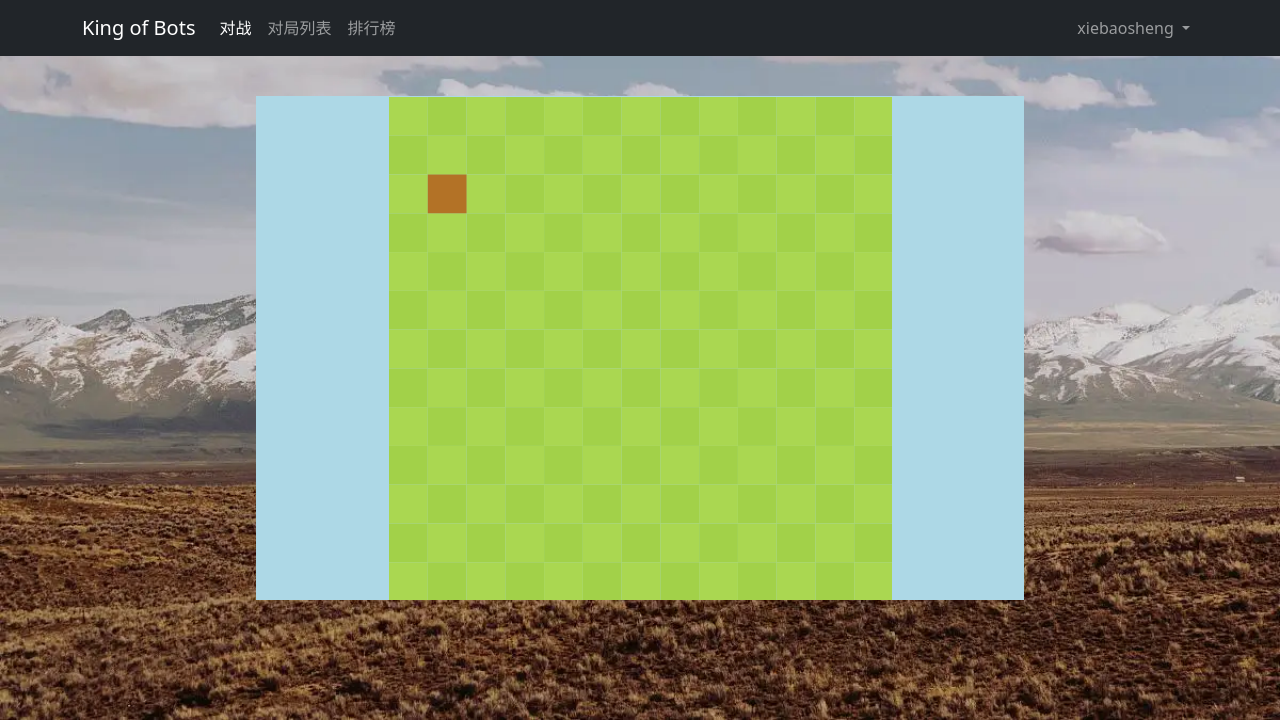
Repository: XieBaosheng/kob
Page: / (app in web/)
An editor plug-in stored every save of this project. The page is shown before and after the next save, followed by the edit.
The browser window is 1280 px wide. The pictures show the whole page.
The project was rebuilt for these pictures with package versions that can differ from the ones it lists, and the page was loaded fresh each time. Also part of the build but not shown: web/vue.config.js, web/src/components/ContentField.vue, web/src/views/record/RecordIndexView.vue, web/src/views/ranklist/RanklistIndexView.vue, web/src/views/user/bot/UserBotIndexView.vue, web/src/views/error/NotFound.vue.

Above is the page before, as saved 2024-05-29 21:19:26.

### web/src/App.vue
<template>
  <NavBar />
  <router-view/>
</template>

<script>
import NavBar from './components/NavBar.vue';
import "bootstrap/dist/css/bootstrap.min.css"
import "bootstrap/dist/js/bootstrap"
export default {
  components: {
    NavBar
  }
}
</script>

<style>
body {
  background-image: url("@/assets/images/background.png");
  background-size: cover;
}
</style>

### web/src/router/index.js
import { createRouter, createWebHistory } from 'vue-router'
import PkIndexView from '../views/pk/PkIndexView'
import RecordIndexView from '../views/record/RecordIndexView'
import RanklistIndexView from '../views/ranklist/RanklistIndexView'
import UserBotIndexView from '../views/user/bot/UserBotIndexView'
import NotFound from '../views/error/NotFound'



const routes = [
  {
    path: "/",
    name: "home",
    redirect: "/pk/",
  },
  {
    path: '/pk/',
    name: 'pk_index',
    component: PkIndexView,
  },
  {
    path: '/record/',
    name: 'record_index',
    component: RecordIndexView,
  },
  {
    path: '/ranklist/',
    name: 'ranklist_index',
    component: RanklistIndexView,
  },
  {
    path: '/user/bot/',
    name: 'user_bot_index',
    component: UserBotIndexView,
  },
  {
    path: '/404/',
    name: '404',
    component: NotFound,
  },
  {
    path: '/:catchAll(.*)',
    redirect: '/404/',
  },
]

const router = createRouter({
  history: createWebHistory(),
  routes
})

export default router

### web/src/components/NavBar.vue
<template>
<nav class="navbar navbar-expand-lg navbar-dark bg-dark">
<div class="container">
    <router-link class="navbar-brand" :to="{name: 'home'}">King of Bots</router-link>
    <div class="collapse navbar-collapse" id="navbarText">
        <ul class="navbar-nav me-auto mb-2 mb-lg-0">
        <li class="nav-item">
            <router-link :class="route_name == 'pk_index' ? 'nav-link active' : 'nav-link'" :to="{name: 'pk_index'}">对战</router-link>
        </li>
        <li class="nav-item">
            <router-link :class="route_name == 'record_index' ? 'nav-link active': 'nav-link'" :to="{name: 'record_index'}">对局列表</router-link>
        </li>
        <li class="nav-item">
            <router-link :class="route_name == 'ranklist_index' ? 'nav-link active': 'nav-link'" :to="{name: 'ranklist_index'}">排行榜</router-link>
        </li>
        </ul>
        <ul class="navbar-nav">
            <li class="nav-item dropdown">
                <a class="nav-link dropdown-toggle" href="#" id="navbarDropdown" role="button" data-bs-toggle="dropdown" aria-expanded="false">
                xiebaosheng
                </a>
                <ul class="dropdown-menu" aria-labelledby="navbarDropdown">
                    <li>
                        <router-link class="dropdown-item" :to="{name: 'user_bot_index'}">我的Bot</router-link>
                    </li>
                    <li><hr class="dropdown-divider"></li>
                    <li><a class="dropdown-item" href="#">退出</a></li>
                </ul>
            </li>
        </ul>
    </div>
</div>
</nav>
</template>

<script>
import { useRoute } from 'vue-router'
import { computed } from 'vue'
export default {
    setup() {
        const route = useRoute();
        let route_name = computed(() => route.name)
        return {
            route_name
        }
    }
}
</script>

<style scoped>
</style>

### web/src/views/pk/PkIndexView.vue
<template>
<PlayGround/>
</template>

<script>
import PlayGround from '../../components/PlayGround'

export default {
    components: {
        PlayGround
    }
}
</script>

<style scoped>
</style>

### web/src/components/PlayGround.vue
<template>
<div class="playground">
    <GameMap />
</div>
</template>

<script>
import GameMap from './GameMap'

export default {
    components: {
        GameMap,
    }
}

</script>

<style scoped>
div.playground {
    width: 60vw;
    height: 70vh;
    margin: 40px auto;
    background: lightblue;
}
</style>

### web/src/components/GameMap.vue
<template>
    <div ref="parent" class="gamemap">
        <canvas ref="canvas"></canvas>
    </div>

</template>


<script>
import {GameMap} from "@/assets/scripts/GameMap"
import { ref, onMounted } from 'vue'
// 挂载完入口，执行操作

export default {
    setup() {
        let parent = ref(null);
        let canvas = ref(null);

        onMounted(() => {
            new GameMap(canvas.value.getContext('2d'), parent.value)
        });

        return {
            parent,
            canvas
        }

    }
}
</script>

<style scoped>
div.gamemap {
    width: 100%;
    height: 100%;
    display: flex;
    justify-content: center;
    align-items: center;
}
</style>

### web/src/assets/scripts/GameMap.js
import { AcGameObject } from "./AcGameObject";
import { Wall } from "./Wall";

export class GameMap extends AcGameObject {
    constructor(ctx, parent) {
        super();

        this.ctx = ctx;
        this.parent = parent;
        this.L = 0;

        this.rows = 13;
        this.cols = 13;

        this.walls = [];
    }

    create_walls() {
        new Wall(2, 1, this);
    }

    start() {
        this.create_walls();
    }

    updata_size() {
        this.L = Math.min(this.parent.clientWidth / this.cols, this.parent.clientHeight / this.rows);
        this.ctx.canvas.width = this.L * this.cols;
        this.ctx.canvas.height = this.L * this.rows;
    }

    update() {
        this.updata_size();
        this.render();
    }

    render() {
        // this.ctx.fillStyle = 'green';
        // this.ctx.fillRect(0, 0, this.ctx.canvas.width, this.ctx.canvas.height);
        const color_even = "#AAD751", color_odd = "#A2D149";
        for(let r = 0; r < this.rows; r++){
            for(let c = 0; c < this.cols; c++){
                this.ctx.fillStyle = (r + c) % 2 == 0 ? color_even : color_odd;
                this.ctx.fillRect(c * this.L, r * this.L, this.L, this.L);
            }
        }
    }
}

### web/src/assets/scripts/AcGameObject.js
const AC_GAME_OBJECTS = [];

export class AcGameObject {
    constructor() {
        AC_GAME_OBJECTS.push(this);
        this.timedelta = 0;
        this.has_called_start = false;

    }

    start() {//只执行一次

    }
    update() {//每帧执行一次，除了第一帧之外

    }
    on_destory() {//销毁时执行

    }

    destory() {
        this.on_destory();

        for(let i in AC_GAME_OBJECTS){
            const obj = AC_GAME_OBJECTS[i];
            if(obj === this){
                AC_GAME_OBJECTS.splice(i);
                break;
            }
        }
    }

}

let last_timestamp;
const step = timestamp => {
    for(let obj of AC_GAME_OBJECTS){
        if(!obj.has_called_start){
            obj.has_called_start = true;
            obj.start();
        }else{
            obj.timedelta = timestamp - last_timestamp;
            obj.update();
        }
    }

    last_timestamp = timestamp;
    requestAnimationFrame(step);
}

requestAnimationFrame(step);

### web/src/assets/scripts/Wall.js
import { AcGameObject } from "./AcGameObject";

export class Wall extends AcGameObject {
    constructor(r, c, gamemap){
        super();

        this.r = r;
        this.c = c;
        this.gamemap = gamemap;
        this.color = "#B37226";
    }

    update(){
        this.render();
    }

    render(){
        const L = this.gamemap.L;
        const ctx = this.gamemap.ctx;

        ctx.fillStyle = this.color;
        ctx.fillRect(this.c * L, this.r * L, L, L);
    }
}

Loaded but not shown: web/public/index.html (common file); web/src/main.js (common file); web/src/store/index.js (common file)

After the next save:
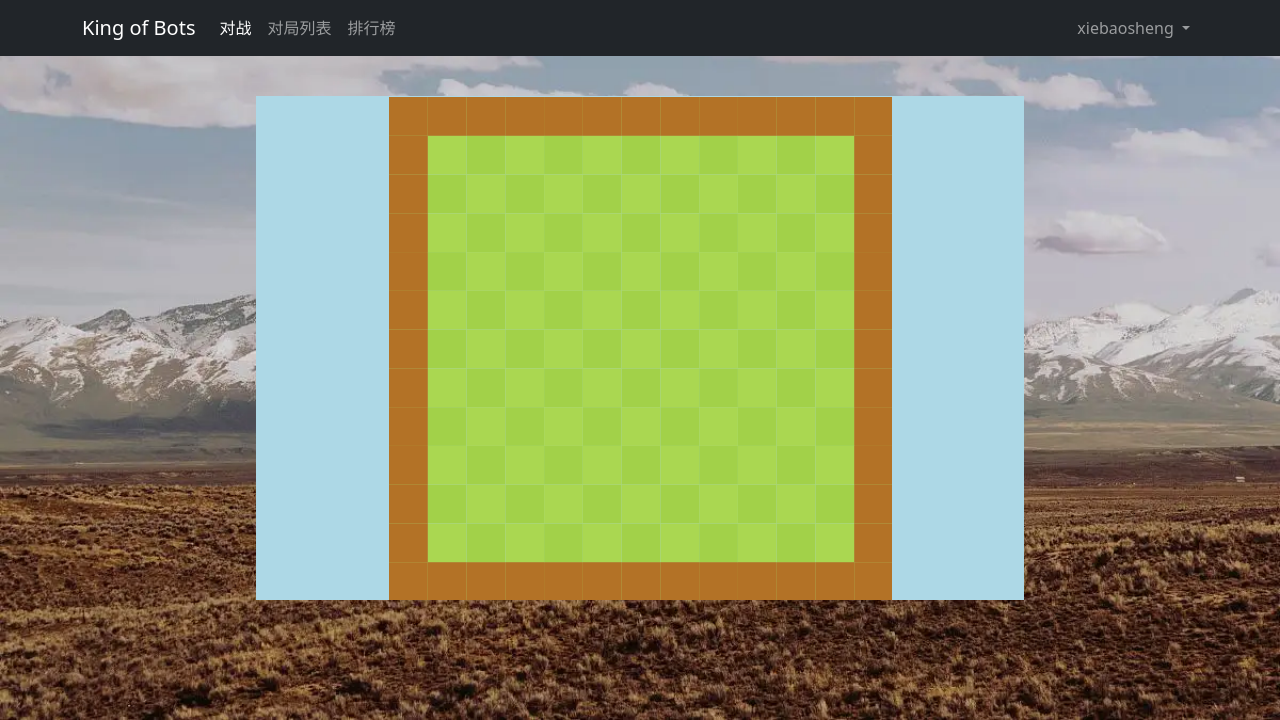
Saved 5 min 22 s later.
--- a/web/src/assets/scripts/GameMap.js
+++ b/web/src/assets/scripts/GameMap.js
@@ -16,7 +16,31 @@ export class GameMap extends AcGameObject {
     }
 
     create_walls() {
-        new Wall(2, 1, this);
+        // new Wall(2, 1, this);
+        const g = [];
+        for(let r = 0; r < this.rows; r++){
+            g[r] = [];
+            for(let c = 0; c < this.cols; c++){
+                g[r][c] = false;
+            }
+        }
+
+        // 给四周加障碍物
+        for(let r = 0; r < this.rows; r++){
+            g[r][0] = g[r][this.cols - 1] = true;
+        }
+
+        for(let c = 0; c < this.cols; c++){
+            g[0][c] = g[this.rows - 1][c] = true;
+        }
+
+        for(let r = 0; r < this.rows; r++){
+            for(let c = 0; c < this.cols; c++){
+                if(g[r][c]){
+                    this.walls.push(new Wall(r, c, this));
+                }
+            }
+        }
     }
 
     start() {
